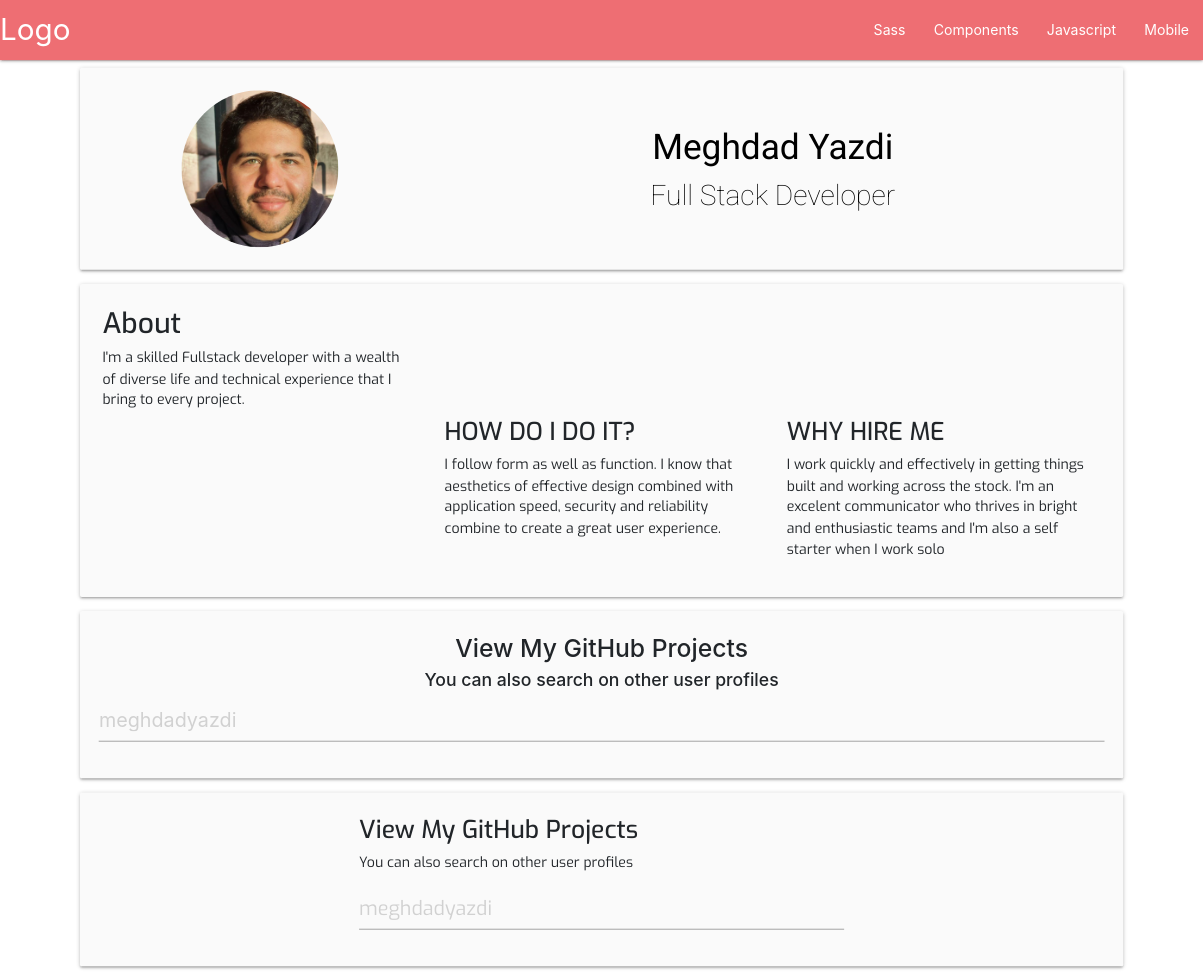
Repository: meghdadyazdi/SD_Res
Page: index.html
The author's editor kept a record of every edit. The page is drawn from the files as they stood at one moment, then again after the next edit.
The browser window is 1280 px wide. The pictures show the whole page, at 94% of full size.

Above is the page before.
Console error: ReferenceError: $ is not defined

After the next edit:
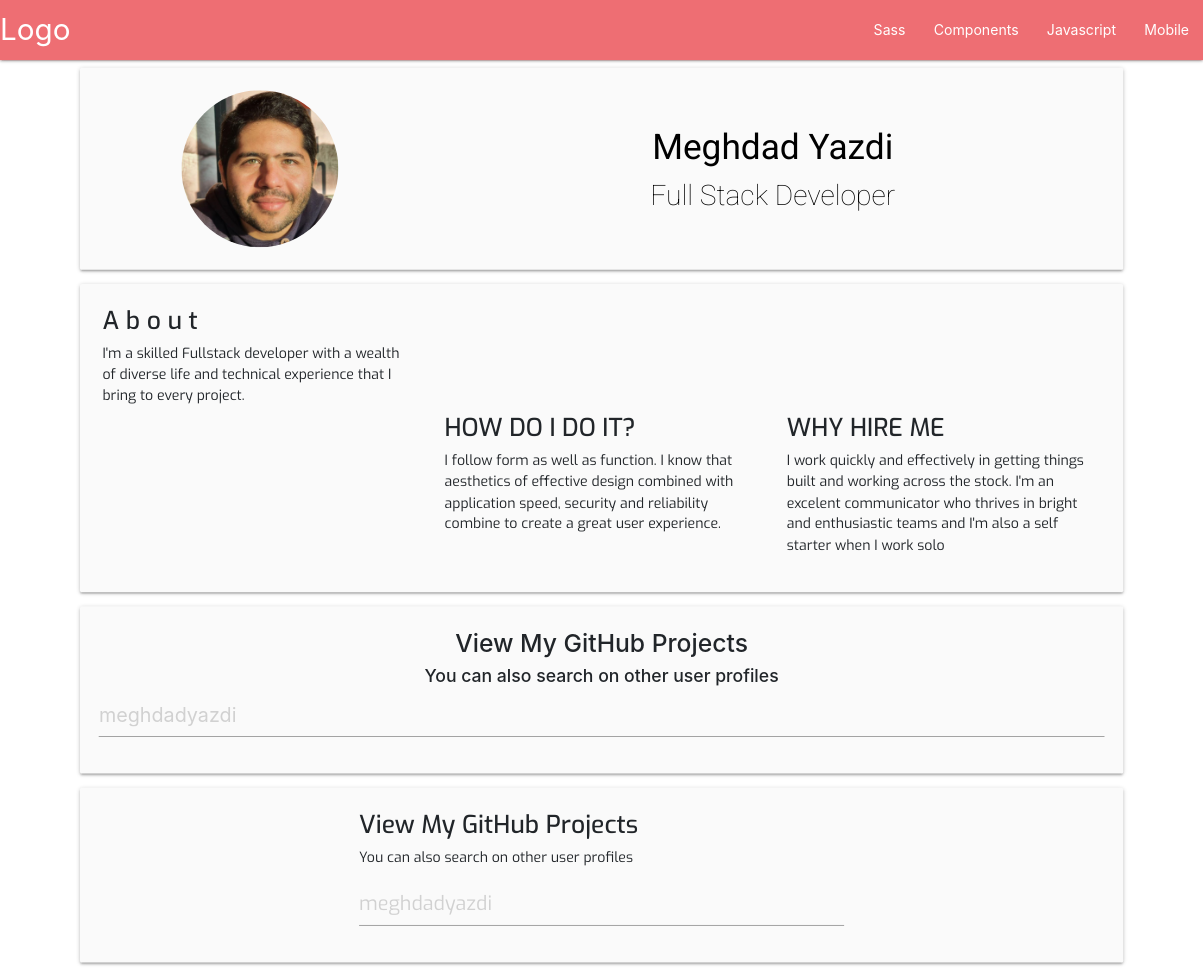
The edit:
--- a/index.html
+++ b/index.html
@@ -67,7 +67,7 @@
 <section class="container">
         <div class="card-panel grey lighten-5 z-depth-1">
           <div class="row">
-            <div class="col-sm-12 text_font"><h2>About</h2></div>
+            <div class="col-sm-12 text_font"><h3>A b o u t</h3></div>
             <div class="col-sm-6 col-md-4 text_font m0">
 
             <p>
